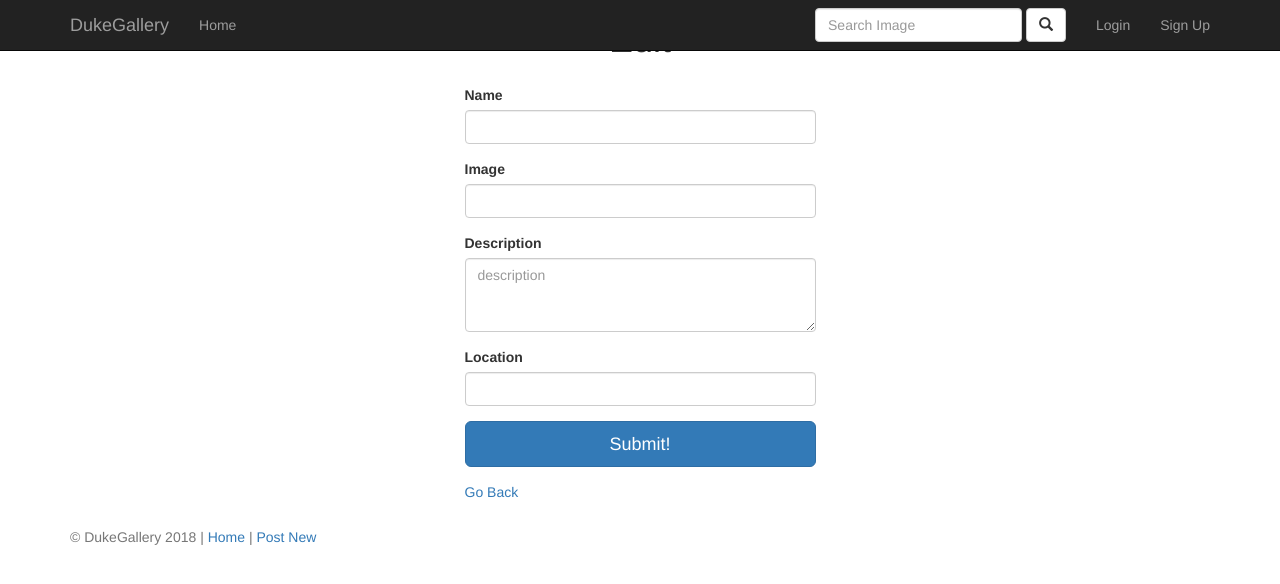
Repository: zhangsi929/Duke_gallery
Page: views/images/edit.ejs
The author's editor kept a record of every edit. The page is drawn from the files as they stood at one moment, then again after the next edit.
The browser window is 1280 px wide. The pictures show the whole page.
Some web libraries are served in a nearby version. The page is served by the project's Node server (app.js). The template is opened directly, without the code that normally fills it, so the values that code supplies are empty.

Above is the page before.

After the next edit:
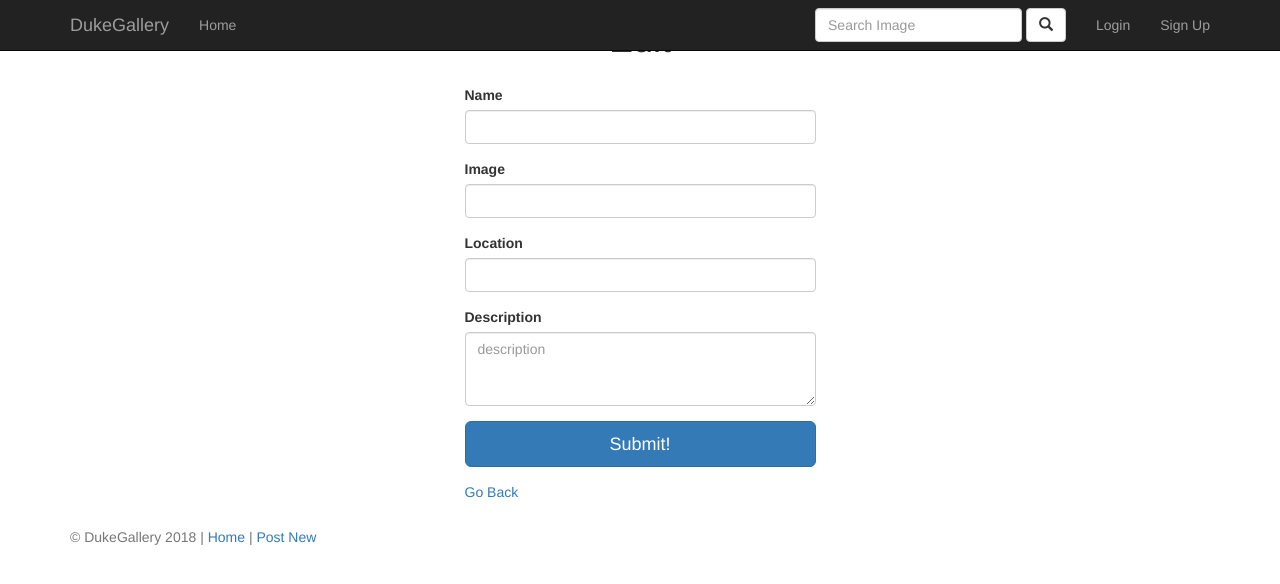
The edit:
--- a/views/images/edit.ejs
+++ b/views/images/edit.ejs
@@ -12,14 +12,15 @@
                     <label for="location">Image</label>
                     <input class="form-control" type="text" name="gallery[image]" value="<%= gallery.image %>">
                 </div>
+
+                <div class="form-group">
+                    <label for="location">Location</label>
+                    <input class="form-control" type="text" name="location" id="location" value="<%= gallery.location %>">
+                </div>
                 <div class="form-group">
                     <!--<input class="form-control" type="text" name="gallery[description]" value="<%= gallery.description %>">-->
                     <label for="location">Description</label>
                     <textarea class="form-control" type="text" name="gallery[description]" placeholder="description" rows="3" required></textarea>
-                </div>
-                <div class="form-group">
-                    <label for="location">Location</label>
-                    <input class="form-control" type="text" name="location" id="location" value="<%= gallery.location %>">
                 </div>
                 <div class="form-group">
                     <button class="btn btn-lg btn-primary btn-block">Submit!</button>
